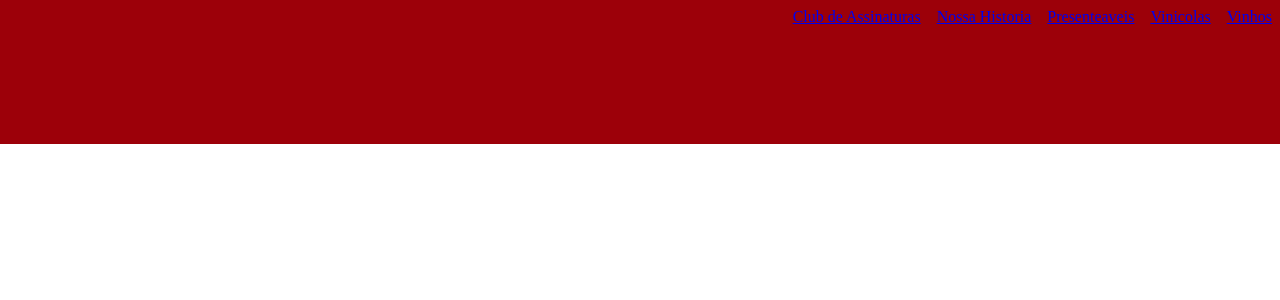
Repository: AbnerSLandim/vinheriaAgnello
Page: http://localhost/vinheriaAgnello/
These files come from the project's save history. The page is drawn as it stood at one moment and after the next save; the edit follows.
The browser window is 1280 px wide. The pictures show the whole page.
The page is served by Tomcat 10.

Above is the page before, as saved 2025-04-09 17:07:10.

After the next save:
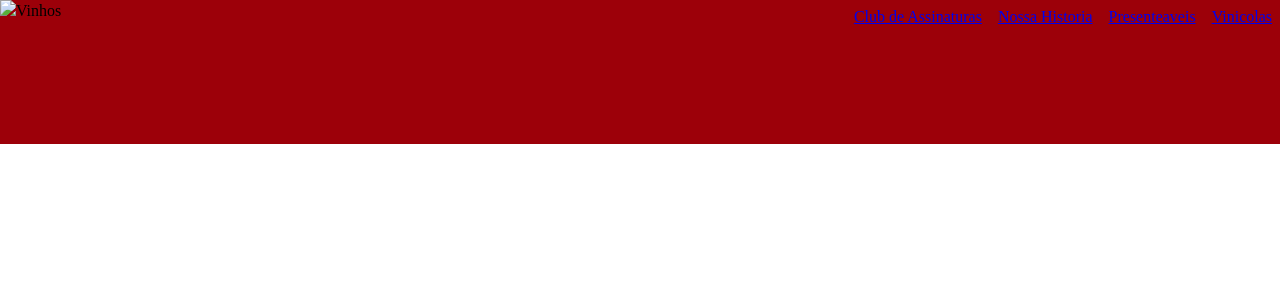
Saved 3 min 1 s later.
--- a/vinheriaAgnello/WebContent/navbar.jsp
+++ b/vinheriaAgnello/WebContent/navbar.jsp
@@ -10,11 +10,12 @@
 	<body>
 	<div id="navbar">
 		<ul id="navbarUL">
-		  <li><a href="#vinhos">Vinhos</a></li>
-		  <li><a href="#vinicolas">Vinicolas</a></li>
-		  <li><a href="#presenteaveis">Presenteaveis</a></li>
-		  <li><a href="#historia">Nossa Historia</a></li>
-		  <li><a href="#club">Club de Assinaturas</a></li>
+			<img src="content/img/logo-vinheria.png>
+			<li><a href="#vinhos">Vinhos</a></li>
+			<li><a href="#vinicolas">Vinicolas</a></li>
+			<li><a href="#presenteaveis">Presenteaveis</a></li>
+			<li><a href="#historia">Nossa Historia</a></li>
+			<li><a href="#club">Club de Assinaturas</a></li>
 		</ul>
 	</div>
 
